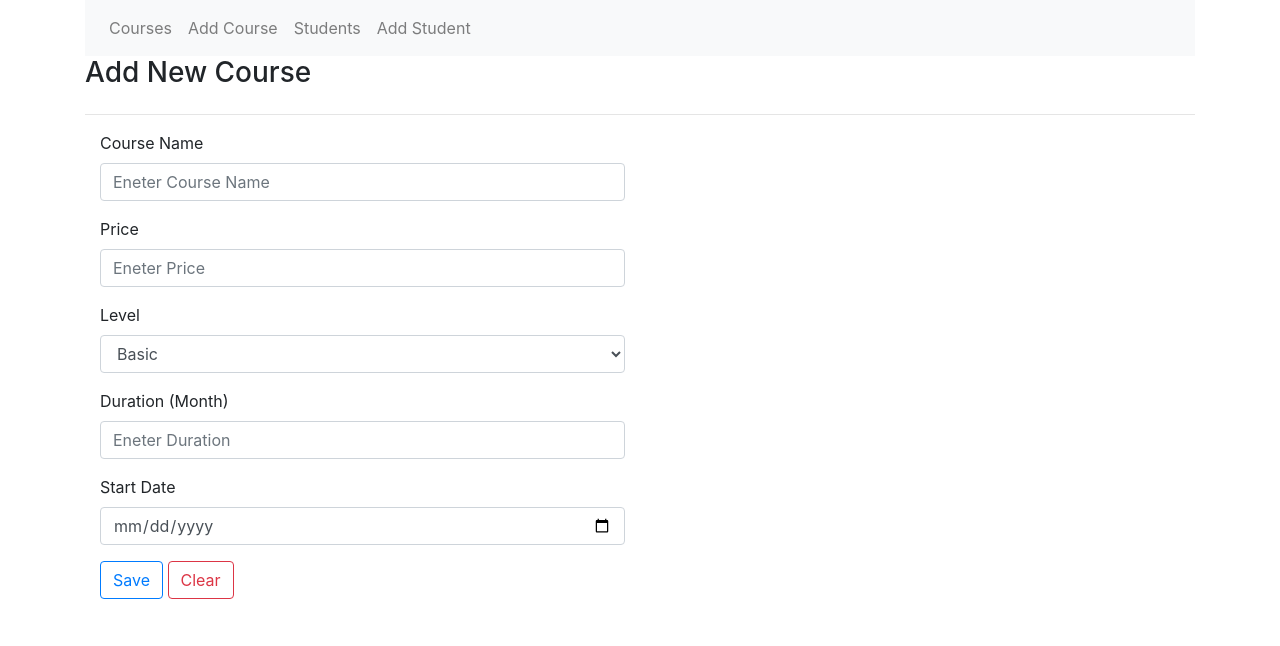
Repository: pyaephyotint22/Maven-Student-Course
Page: http://localhost/06-EL-JSTL/course-add.jsp
An editor plug-in stored every save of this project. The page is shown before and after the next save, followed by the edit.
The browser window is 1280 px wide. The pictures show the whole page.
The page is served by Tomcat 9.

Above is the page before, as saved 2020-12-20 09:44:13.

After the next save:
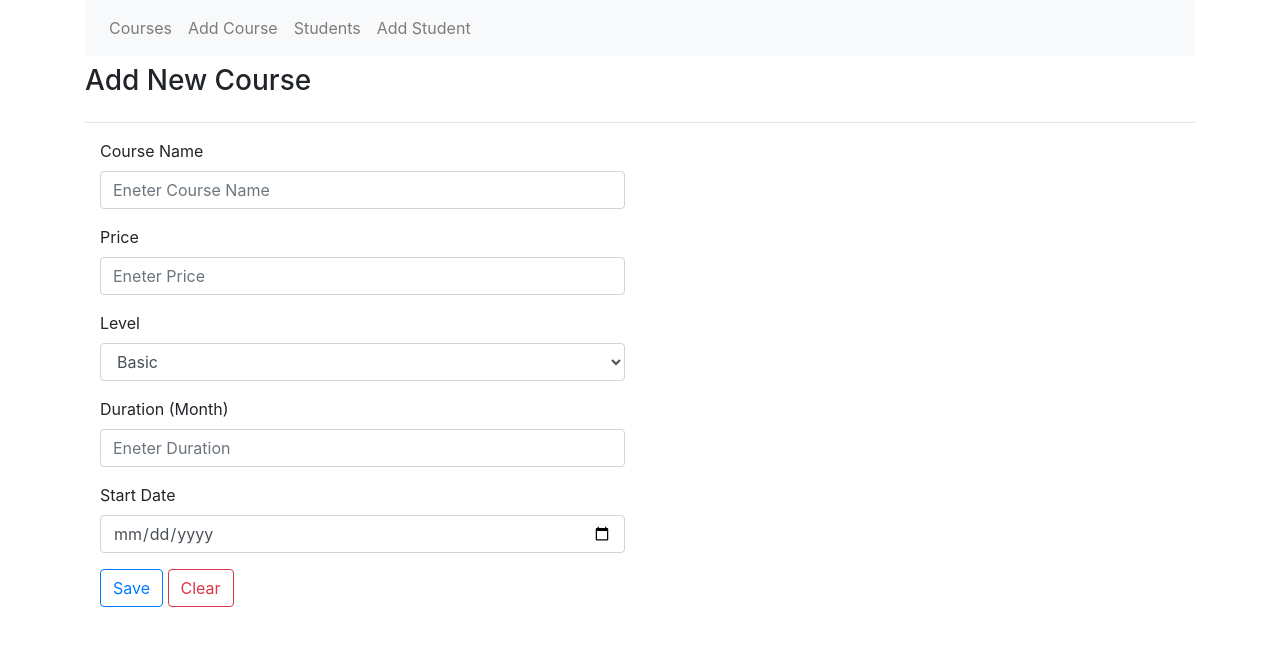
Saved 49 s later.
--- a/06-EL-JSTL/src/main/webapp/course-add.jsp
+++ b/06-EL-JSTL/src/main/webapp/course-add.jsp
@@ -11,7 +11,7 @@
 <body>
 	<div class="container">
 		<jsp:include page="/common/menu.jsp"></jsp:include>
-		<div class="row">
+		<div class="row mt-2">
 			<div class="col">
 			<h3>Add New Course</h3>
 			</div>
